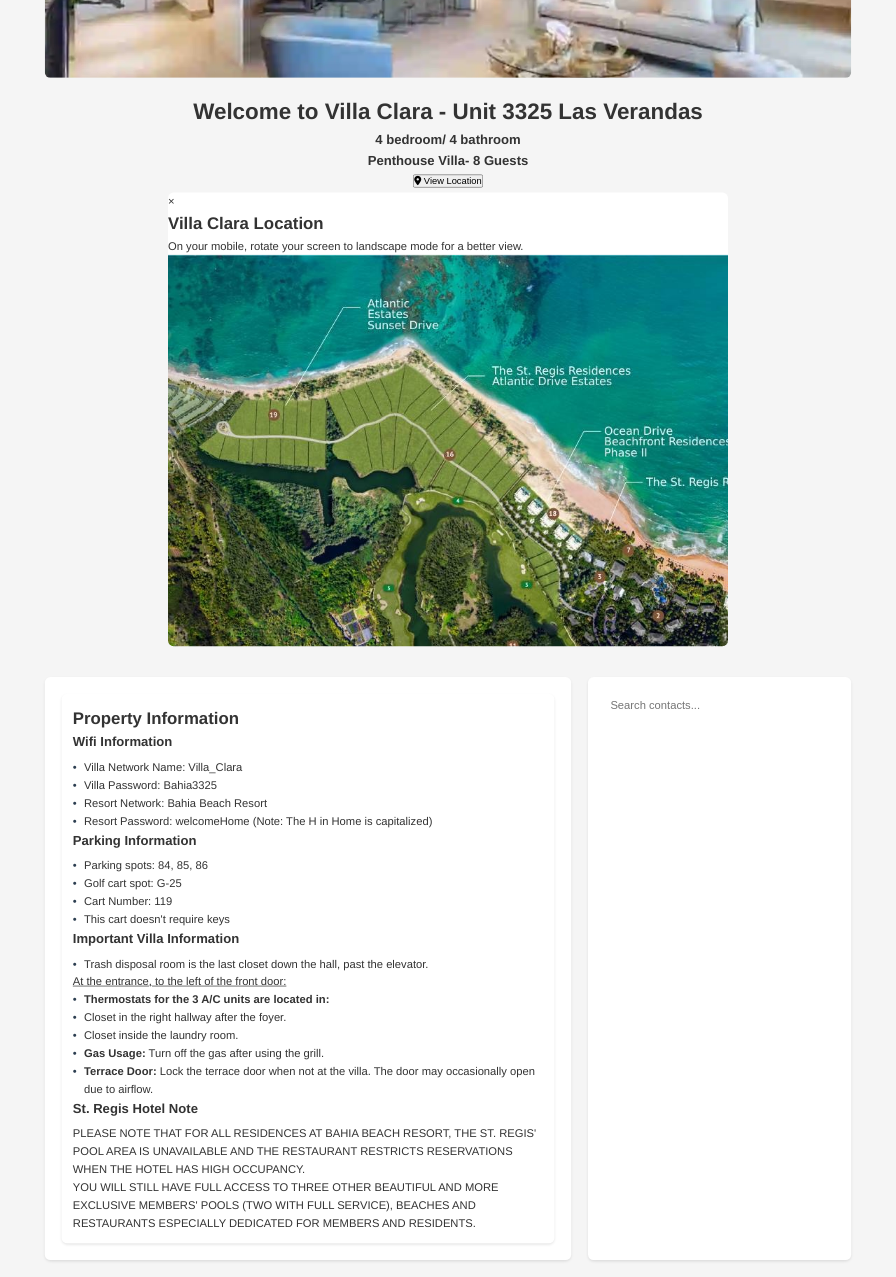
Repository: chvg1968/airphonebook
Page: src/html/pages/villaclara.html
These files come from the project's save history. The page is drawn as it stood at one moment and after the next save; the edit follows.
The browser window is 1280 px wide. The pictures show the part of the page from y = 653 to 2573 px (the page is 2477 px tall before and 2573 px after), at 70% of full size.

Above is the page before, as saved 2025-02-04 19:53:54.
Not found: public/assets/styles/components/accordion.css
Not found: public/assets/styles/components/card.css
Not found: public/assets/styles/components/category-tree.css

After the next save:
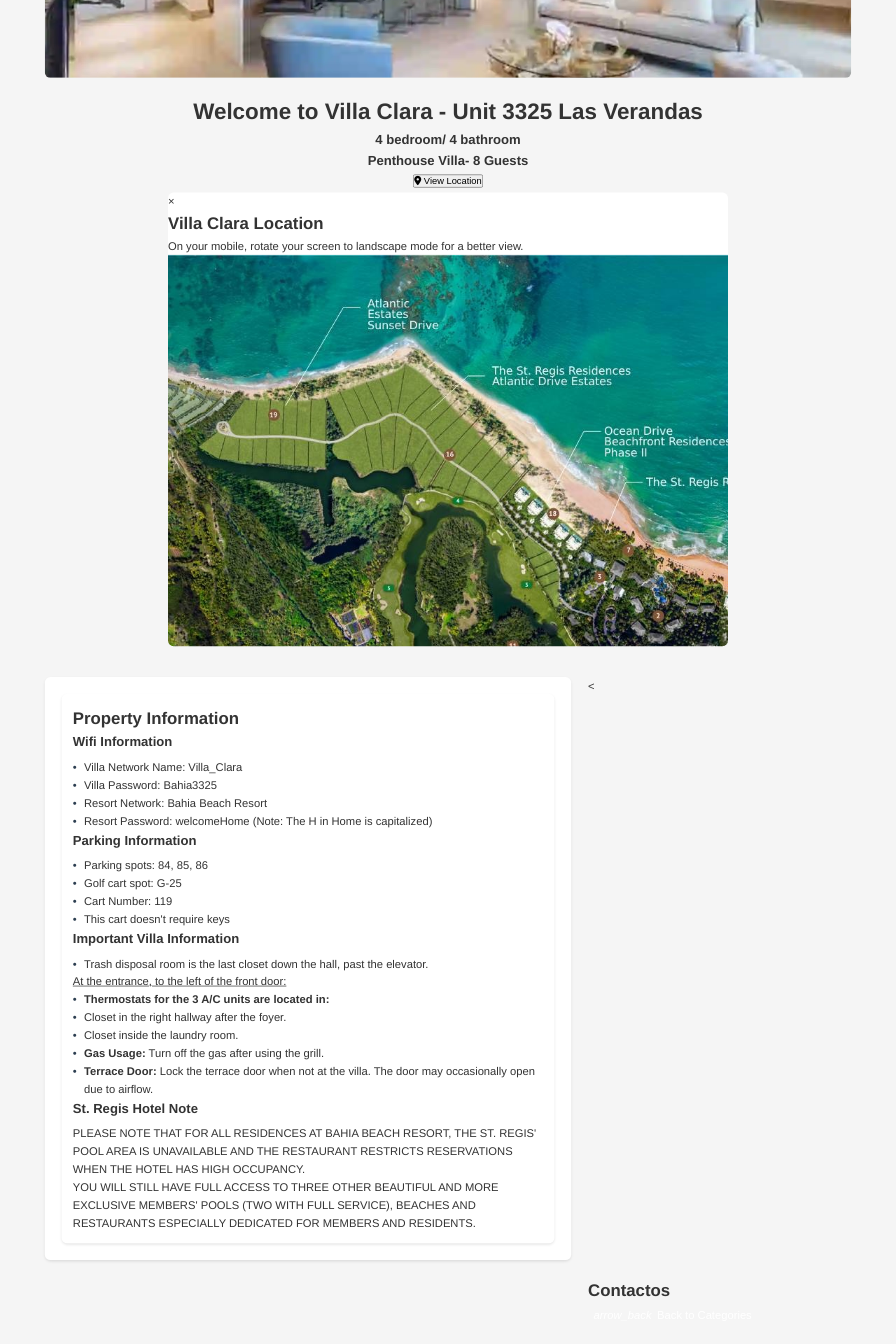
Saved 3 min 0 s later.
--- a/src/html/pages/villaclara.html
+++ b/src/html/pages/villaclara.html
@@ -121,18 +121,21 @@
                     </div>
                 </div>
 
-                <!-- Columna de búsqueda y categorías -->
-                <div class="search-column">
-                    <div class="search-container">
-                        <input type="text" id="searchInput" class="search-input" placeholder="Search contacts...">
-                        <div id="stats" class="search-stats"></div>
+                <<section id="sections-menu">
+                    <div id="phonebook" class="sections-grid"></div>
+                </section>
+
+                <section id="contacts-display" class="hidden">
+                    <div class="contacts-header">
+                        <h2 id="current-category-title">Contactos</h2>
                     </div>
+                    <div id="contacts-list" class="scrollable-list"></div>
+                    <button id="back-to-menu" class="back-button">
+                        <i class="material-icons">arrow_back</i>
+                        Back to Categories
+                    </button>
+                </section>
 
-                    <!-- Árbol de categorías -->
-                    <div id="categoryTree" class="category-tree"></div>
-
-                    <div id="resultsContainer" class="results"></div>
-                </div>
             </div>
         </main>
     </div>
